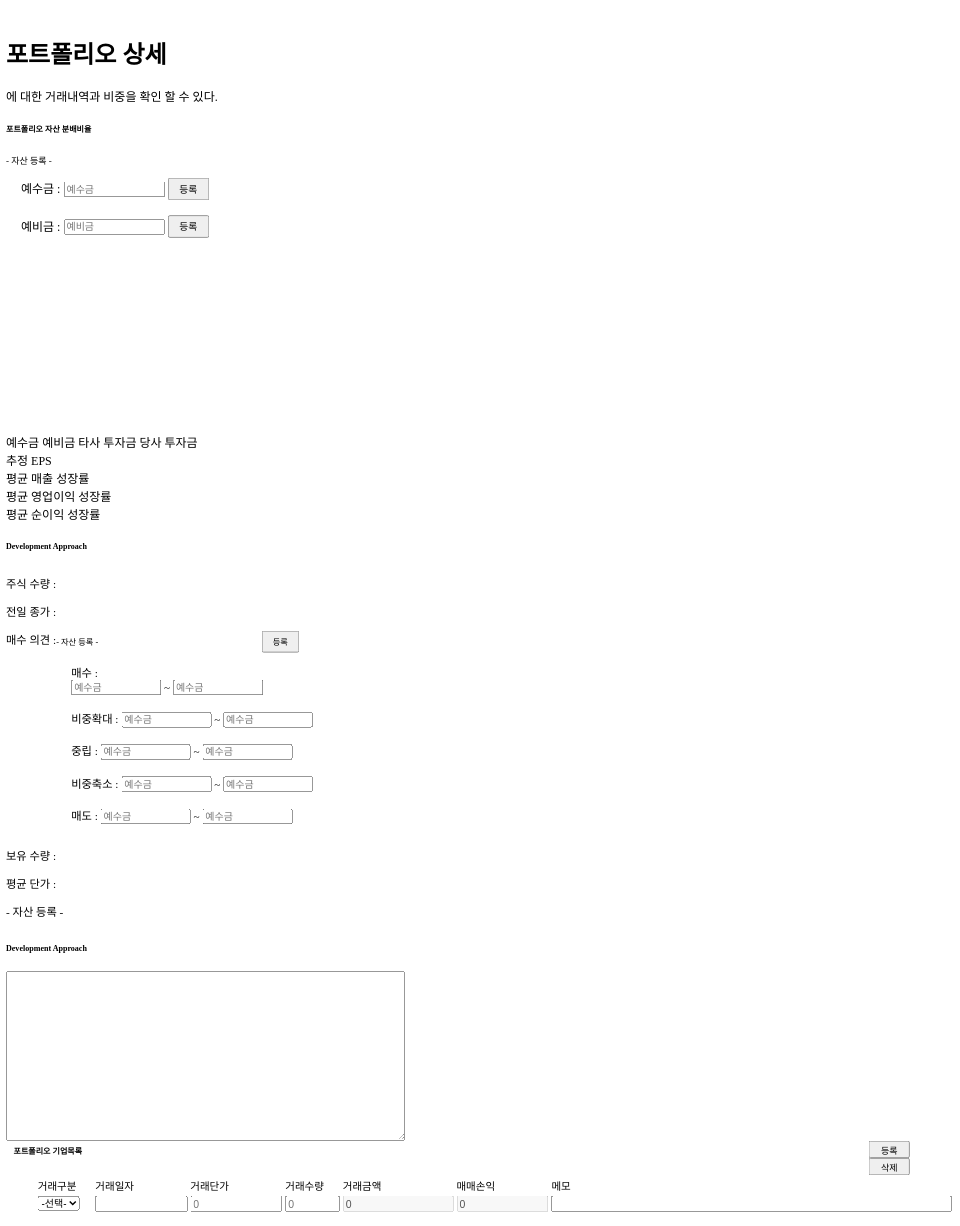
Repository: bangProgram/PJT_Finance
Page: http://localhost/Finance/WEB-INF/views/portfolio/portfolioDetail.jsp
The author's editor kept a copy of each file at every save. The page is drawn from the files as they stood at one save, then again after the next save.
The browser window is 1280 px wide. The pictures show the whole page, at 75% of full size.
The page is served by Tomcat 9. Nobody is signed in. Other server files are loaded and not shown. The template is opened directly, without the code that normally fills it, so the values that code supplies are empty.

Above is the page before, as saved 2022-11-17 06:54:02.

### Finance/src/main/webapp/WEB-INF/views/portfolio/portfolioDetail.jsp
<%@ page pageEncoding="UTF-8" contentType="text/html;charset=utf-8"%>
<%@ taglib prefix="fmt" uri="http://java.sun.com/jsp/jstl/fmt"%>
<%@ taglib uri="http://java.sun.com/jsp/jstl/core" prefix="c"%>
<script src="https://code.jquery.com/jquery-3.4.1.min.js"></script>﻿
<script type="text/javascript">
	var toggleChk = true;
	$(document).ready(function(){
		$("#gubn").change(function(){
			if(this.value == "0101"){
				$("#inputTr").css("background-color","#ffc4c4");
			}else if(this.value == "0102"){
				$("#inputTr").css("background-color","#cad8ff");
			}else{
				$("#inputTr").css("background-color","");
			}

		});


	});

	function portDetailSave(mode){
		var frm = document.searchForm;
		var gubn = $("#gubn").val();

		$("#mode").val(mode);

		if(gubn == "0101"){
			var TRADE_QUANTITY = $("#TRADE_QUANTITY").val();
			var TRADE_AMOUNT = $("#TRADE_AMOUNT").val();
			$("#BUY_QUANTITY").val(TRADE_QUANTITY);
			$("#BUY_AMOUNT").val(TRADE_AMOUNT);

		}else{
			var TRADE_QUANTITY = $("#TRADE_QUANTITY").val();
			var TRADE_AMOUNT = $("#TRADE_AMOUNT").val();
			$("#SELL_QUANTITY").val(TRADE_QUANTITY);
			$("#SELL_AMOUNT").val(TRADE_AMOUNT);

		}

		$("#TRADE_AMOUNT").attr("disabled",false);
		$("#RETURN_AMOUNT").attr("disabled",false);
		frm.action = "/portfolio/detail/cud";
		frm.submit();
	}

	function calTradeAmount(){
		var gubn = $("#gubn").val();
		if(gubn != "" && gubn != null){
			var TRADE_PRICE = $("#TRADE_PRICE").val();
			var TRADE_QUANTITY = $("#TRADE_QUANTITY").val();

			var calValue = TRADE_PRICE * TRADE_QUANTITY
			$("#TRADE_AMOUNT").val(calValue);


			if(gubn == "0102"){
				var calReturn = (TRADE_PRICE - AVR_PRICE) * TRADE_QUANTITY
				$("#RETURN_AMOUNT").val(calReturn);
			}
		}else{
			alert("거래구분 먼저 선택해주세요");
			return;
		}
	}

</script>

<style>
@keyframes add {
	from{background : lightgreen;}
	to{background : transparent;}
}

@keyframes del {
	from{background : indianred;}
	to{background : transparent;}
}

@keyframes search {
	from{background : lightsteelblue;}
	to{background : transparent;}
}

.clearfix {*zoom:1;}
.clearfix:before, .clearfix:after {display:block; content: ''; line-height: 0;}
.clearfix:after {clear: both;}

</style>
<html>
<head>
<title>사업장 목록</title>
</head>
<body>

<div class="container-fluid">

	<!-- Page Heading -->
	<h1 class="h3 mb-2 text-gray-800"><c:out value="${resultData.CORP_NAME }"/> 포트폴리오 상세</h1>
	<p class="mb-4"><c:out value="${resultData.CORP_NAME }"/> 에 대한 거래내역과 비중을 확인 할 수 있다.
		<span id=""></span>
	</p>


	<div class="row">
                        <!-- Pie Chart -->
		<div class="col-xl-4 col-lg-5">
			<div class="card shadow mb-4" id="cardDiv">
		        <!-- Card Header - Dropdown -->
		        <div class="card-header py-3 d-flex flex-row align-items-center justify-content-between">
		            <h6 class="m-0 font-weight-bold text-primary">포트폴리오 자산 분배비율</h6>
		            <div class="dropdown no-arrow">
		                <a class="dropdown-toggle" href="#" role="button" id="dropdownMenuLink" data-toggle="dropdown" aria-haspopup="true" aria-expanded="false">
		                    <i class="fas fa-ellipsis-v fa-sm fa-fw text-gray-400"></i>
		                </a>
		                <div class="dropdown-menu dropdown-menu-right shadow animated--fade-in" aria-labelledby="dropdownMenuLink">
		                    <div class="dropdown-header" style="font-size: 12px;">- 자산 등록 -</div>
		                    <div class="dropdown-divider"></div>
		                    <div style="padding: 5px 10px 5px 10px;">
			                    <div class="dropdown-item" style="padding: 10px 10px 10px 10px;">
				                    예수금 : <input type="text" name="DEPOSIT_AMOUNT" id="DEPOSIT_AMOUNT" style="width : 135px;" value="${getPortfolio.DEPOSIT_AMOUNT }"  title="예수금" placeholder="예수금">
				                    <button class="btn btn-outline-primary" style="height: 30px; font-size: 13px; width: 55px;" id="btn_DEPOSIT_AMOUNT" onclick="regAsset('deposit'); return false;">
				                    	<c:if test="${getPortfolio.DEPOSIT_AMOUNT != null }">수정</c:if>
				                    	<c:if test="${getPortfolio.DEPOSIT_AMOUNT == null }">등록</c:if>
				                    </button>
			                    </div>
			                    <div class="dropdown-divider"></div>
			                    <div class="dropdown-item" style="padding: 10px 10px 10px 10px;">
				                    예비금 : <input type="text" name="RESERVE_AMOUNT" id="RESERVE_AMOUNT" style="width : 135px;" value="${getPortfolio.RESERVE_AMOUNT }"  title="예비금" placeholder="예비금">
				                    <button class="btn btn-outline-primary" style="height: 30px; font-size: 13px; width: 55px;" id="btn_RESERVE_AMOUNT" onclick="regAsset('reserve'); return false;">
				                    	<c:if test="${getPortfolio.RESERVE_AMOUNT != null }">수정</c:if>
				                    	<c:if test="${getPortfolio.RESERVE_AMOUNT == null }">등록</c:if>
				                    </button>
			                    </div>
		                    </div>
		                </div>
		            </div>
		        </div>
		        <!-- Card Body -->
		        <div class="card-body">
		            <div class="chart-pie pt-4 pb-2"><div class="chartjs-size-monitor"><div class="chartjs-size-monitor-expand"><div class=""></div></div><div class="chartjs-size-monitor-shrink"><div class=""></div></div></div>
		                <canvas id="myPieChart" width="470" height="245" style="display: block; width: 470px; height: 245px;" class="chartjs-render-monitor"></canvas>
		            </div>
		            <div class="mt-4 text-center small">
		                <span class="mr-2">
		                    <i class="fas fa-circle text-info"></i> 예수금
		                </span>
		                <span class="mr-2">
		                    <i class="fas fa-circle text-warning"></i> 예비금
		                </span>
		                <span class="mr-2">
		                    <i class="fas fa-circle text-secondary"></i> 타사 투자금
		                </span>
		                <span class="mr-2">
		                    <i class="fas fa-circle text-success"></i> 당사 투자금
		                </span>
		            </div>
		        </div>
		    </div>
		</div>

		<!-- Area Chart -->
	    <div class="" style="width: 180px;">
	        <div class="card shadow mb-4">
				<div class="card border-left-primary shadow h-100 py-2">
	            	<div class="card-body">
	                	<div class="row no-gutters align-items-center">
	                    	<div class="col mr-2">
	                        	<div class="text-xs font-weight-bold text-primary text-uppercase mb-1">
	                              추정 EPS</div>
								<div class="h5 mb-0 font-weight-bold text-gray-800"><c:out value=" ${resultData.ESTIMATE_EPS}"/></div>
	                      	</div>
	                  	</div>
	              	</div>
	          	</div>
	          	<div class="card border-left-info shadow h-100 py-2">
	              	<div class="card-body">
	                  	<div class="row no-gutters align-items-center">
	                      	<div class="col mr-2">
	                          	<div class="text-xs font-weight-bold text-info text-uppercase mb-1">
	                              	평균 매출 성장률</div>
	                          	<div class="h5 mb-0 font-weight-bold text-gray-800"><c:out value=" ${resultData.AVG_REVENUE_GROWTH}"/></div>
	                      	</div>
	                  	</div>
	              	</div>
	          	</div>
	        	<div class="card border-left-info shadow h-100 py-2">
	              	<div class="card-body">
	                  	<div class="row no-gutters align-items-center">
	                      	<div class="col mr-2">
	                          	<div class="text-xs font-weight-bold text-info text-uppercase mb-1">
	                              	평균 영업이익 성장률</div>
	                          	<div class="h5 mb-0 font-weight-bold text-gray-800"><c:out value=" ${resultData.AVG_OPERAT_GROWTH}"/></div>
	                      	</div>
	                  	</div>
	              	</div>
	          	</div>
	          	<div class="card border-left-info shadow h-100 py-2">
	              	<div class="card-body">
	                  	<div class="row no-gutters align-items-center">
	                      	<div class="col mr-2">
	                          	<div class="text-xs font-weight-bold text-info text-uppercase mb-1">
	                              	평균 순이익 성장률</div>
	                          	<div class="h5 mb-0 font-weight-bold text-gray-800"><c:out value=" ${resultData.AVG_PROFIT_GROWTH}"/></div>
	                      	</div>
	                  	</div>
	              	</div>
	          	</div>
	        </div>
		</div>
		<!-- MEMO Area -->
	    <div class="col-xl-2 col-lg-5">
			<div class="card shadow mb-4">
				<div class="card-header py-3">
					<h6 class="m-0 font-weight-bold text-primary">Development Approach</h6>
				</div>
				<div class="card-body">
					<div class="dropdown-header" style="font-size: 15px; padding: 8px 0px 8px 0px;">
                    	주식 수량 :  <span style="color: black;"><c:out value="${resultData.SHARES_AMOUNT}"/></span>
                    </div>
                    <div class="dropdown-divider"></div>
                    <div class="dropdown-header" style="font-size: 15px; padding: 8px 0px 8px 0px;">
                    	전일 종가 : <span style="color: black;"><c:out value="${resultData.BEF_CLS_PRICE}"/></span>
                    </div>
                    <div class="dropdown-divider"></div>
                    <div class="dropdown-header" style="font-size: 15px; padding: 8px 0px 8px 0px; display: -webkit-inline-box;">
                    	매수 의견 : <span style="color: black;"><c:out value="${resultData.INVEST_OPINION}"/></span>
                    	<div class="dropdown no-arrow" style="right: -65px;">
			                <a class="dropdown-toggle" href="#" role="button" id="dropdownMenuLink" data-toggle="dropdown" aria-haspopup="true" aria-expanded="false">
			                    <i class="fas fa-ellipsis-v fa-sm fa-fw text-gray-400"></i>
			                </a>
			                <div class="dropdown-menu dropdown-menu-right shadow animated--fade-in" aria-labelledby="dropdownMenuLink">
			                    <div class="dropdown-header" style="font-size: 11px;">
			                    	- 자산 등록 -
			                    	<button class="btn btn-outline-primary" style="height: 29px; font-size: 11px; width: 50px; margin-left: 215px;" id="btn_DEPOSIT_AMOUNT" onclick="regAsset('deposit'); return false;">
					                    	등록
					                </button>
			                    </div>
			                    <div class="dropdown-divider"></div>
			                    <div style="padding: 5px 10px 5px 10px;">
				                    <div class="dropdown-item clearfix" style="padding: 10px 10px 10px 10px;">
					                    <div>매수 :</div>
					                    <div>
					                    <input type="text" name="DEPOSIT_AMOUNT" id="DEPOSIT_AMOUNT" style="width : 120px;" value="" title="예수금" placeholder="예수금"> ~
					                    <input type="text" name="DEPOSIT_AMOUNT" id="DEPOSIT_AMOUNT" style="width : 120px;" value="" title="예수금" placeholder="예수금">
					                    </div>
				                    </div>
				                    <div class="dropdown-divider"></div>
				                    <div class="dropdown-item" style="padding: 10px 10px 10px 10px;">
					                    비중확대 :
					                    <input type="text" name="DEPOSIT_AMOUNT" id="DEPOSIT_AMOUNT" style="width : 120px;" value="" title="예수금" placeholder="예수금"> ~
					                    <input type="text" name="DEPOSIT_AMOUNT" id="DEPOSIT_AMOUNT" style="width : 120px;" value="" title="예수금" placeholder="예수금">
				                    </div>
				                    <div class="dropdown-divider"></div>
				                    <div class="dropdown-item" style="padding: 10px 10px 10px 10px;">
					                    중립 :
					                    <input type="text" name="DEPOSIT_AMOUNT" id="DEPOSIT_AMOUNT" style="width : 120px;" value="" title="예수금" placeholder="예수금"> ~
					                    <input type="text" name="DEPOSIT_AMOUNT" id="DEPOSIT_AMOUNT" style="width : 120px;" value="" title="예수금" placeholder="예수금">
				                    </div>
				                    <div class="dropdown-divider"></div>
				                    <div class="dropdown-item" style="padding: 10px 10px 10px 10px;">
					                    비중축소 :
					                    <input type="text" name="DEPOSIT_AMOUNT" id="DEPOSIT_AMOUNT" style="width : 120px;" value="" title="예수금" placeholder="예수금"> ~
					                    <input type="text" name="DEPOSIT_AMOUNT" id="DEPOSIT_AMOUNT" style="width : 120px;" value="" title="예수금" placeholder="예수금">
				                    </div>
				                    <div class="dropdown-divider"></div>
				                    <div class="dropdown-item" style="padding: 10px 10px 10px 10px;">
					                    매도 :
					                    <input type="text" name="DEPOSIT_AMOUNT" id="DEPOSIT_AMOUNT" style="width : 120px;" value="" title="예수금" placeholder="예수금"> ~
					                    <input type="text" name="DEPOSIT_AMOUNT" id="DEPOSIT_AMOUNT" style="width : 120px;" value="" title="예수금" placeholder="예수금">
				                    </div>
				                    <div class="dropdown-divider"></div>
			                    </div>
			                </div>
		            	</div>
                    </div>
                    <div class="dropdown-divider"></div>
                    <div class="dropdown-header" style="font-size: 15px; padding: 8px 0px 8px 0px;">
                    	보유 수량 : <span style="color: black;"><c:out value="${resultData.HOLD_QUANTITY}"/></span>
                    </div>
                    <div class="dropdown-divider"></div>
                    <div class="dropdown-header" style="font-size: 15px; padding: 8px 0px 8px 0px;">
                    	평균 단가 : <span style="color: black;"><c:out value="${resultData.AVR_PRICE}"/></span>
                    </div>
                    <div class="dropdown-divider"></div>
                    <div class="dropdown-header" style="font-size: 15px; padding: 8px 0px 8px 0px;">
                    	- 자산 등록 -
                    </div>
				</div>
			</div>
		</div>
		<!-- MEMO Area -->
	    <div class="col-xl-4 col-lg-5">
			<div class="card shadow mb-4">
				<div class="card-header py-3">
					<h6 class="m-0 font-weight-bold text-primary">Development Approach</h6>
				</div>
				<div class="card-body">
					<textarea  rows="20" cols="85" style="    font-size: 10px;"><c:out value="${resultData.MEMO }"/></textarea>
				</div>
			</div>
		</div>
	</div>

	<form name="searchForm" method="post">
		<div class="container-fluid">
			<input type="hidden" name="mode" id="mode" value="" title="수정 FLAG">
			<input type="hidden" name="CORP_CODE" id="CORP_CODE" value="<c:out value='${resultData.CORP_CODE }'/>" title="현재보고있는 기업 코드">
			<input type="hidden" name="AVR_PRICE" id="AVR_PRICE" value="<c:out value='${resultData.AVR_PRICE}'/>" title="현재보고있는 기업 평균단가"/>
			<input type="hidden" name="HOLD_QUANTITY" id="HOLD_QUANTITY" value="<c:out value='${resultData.HOLD_QUANTITY }'/>" title="현재보고있는 기업 보유 수량">

			<input type="hidden" name="SEQs" id="SEQs" value="" title="삭제대상 상세 SEQ(복수)">

		</div>

	<!-- DataTales Example -->
	    <div class="card shadow mb-4">
	        <div class="card-header py-3" id="dataTables" style="display: table;">
	            <h6 class="m-0 font-weight-bold text-primary" style="display: table-cell; width: 91%; padding-left: 10px;">포트폴리오 기업목록</h6>
	            <div >
					<button class="dt-button buttons-excel buttons-html5 btn btn-outline-primary excelBtn" style="width: 55px; font-size: 12px;" tabindex="0" aria-controls="portCorpList" type="submit" onclick="portDetailSave('add'); return false;">
						<span>등록</span>
					</button>
					<button class="dt-button buttons-excel buttons-html5 btn btn-outline-primary excelBtn" style="width: 55px; font-size: 12px;" tabindex="0" aria-controls="portCorpList" type="submit" onclick="portDetailSave('del'); return false;">
						<span>삭제</span>
					</button>
				</div>
	        </div>
	        <div class="card-body">
	            <div class="table-responsive" >
	                <table id="portCorpList" class="table table-bordered" id="dataTable"  style="font-size: 14px; width:100%" >
	                	<colgroup>
	                		<col width="3%"/>
	                		<col width="6%"/>
	                		<col width="10%"/>
	                		<col width="10%"/>
	                		<col width="6%"/>
	                		<col width="12%"/>
	                		<col width="10%"/>
	                		<col width="43%"/>
	                	</colgroup>
	                    <thead id="tableHead">
				            <tr>
				            	<td></td>
				            	<td>거래구분</td>
								<td>거래일자</td>
								<td>거래단가</td>
								<td>거래수량</td>
								<td>거래금액</td>
								<td>매매손익</td>
								<td>메모</td>
							</tr>
				        </thead>
				        <tbody id="bodyList">
							<c:forEach items="${resultList}" var="ls" >
								<c:if test="${ls.GUBN == '0101'}"><tr style="background-color: #ffc4c4;"></c:if>
								<c:if test="${ls.GUBN == '0102'}"><tr style="background-color: #cad8ff;"></c:if>
									<td><input type="checkbox" name="del" value="${ls.SEQ}" title="포트폴리오 상세 SEQ"/></td>
									<td><c:out value="${ls.GUBN_NM}"/></td>
									<td><c:out value="${ls.TRADE_DATE}"/></td>
									<td><c:out value="${ls.TRADE_PRICE}"/></td>
									<td>
										<c:if test="${ls.GUBN == '0101'}"><c:out value="${ls.BUY_QUANTITY}"/></c:if>
										<c:if test="${ls.GUBN == '0102'}"><c:out value="${ls.SELL_QUANTITY}"/></c:if>
									</td>
									<td>
										<c:if test="${ls.GUBN == '0101'}"><c:out value="${ls.BUY_AMOUNT}"/></c:if>
										<c:if test="${ls.GUBN == '0102'}"><c:out value="${ls.SELL_AMOUNT}"/></c:if>
									</td>
									<td><c:out value="${ls.RETURN_AMOUNT}"/></td>
									<td><c:out value="${ls.MEMO}"/></td>
								</tr>
							</c:forEach>
							<tr id="inputTr">
								<td></td>
								<td>
									<select name="gubn" id="gubn" title="포트폴리오 상세 구분">
										<option value="">-선택-</option>
										<option value="0101">매수</option>
										<option value="0102">매도</option>
									</select>
								</td>
							    <td><input type="text" name="TRADE_DATE" id="TRADE_DATE" value="${curDate}" title="포트폴리오 거래일자" style="font-size: 14px; width:100%" /></td>
							    <td>
							    	<input type="text" name="TRADE_PRICE" onchange="calTradeAmount(); return false;" id="TRADE_PRICE" value="" placeholder="0" title="포트폴리오 거래단가" style="font-size: 14px; width:100%" />
							    </td>
								<td>
									<input type="text" name="TRADE_QUANTITY" onchange="calTradeAmount(); return false;" id="TRADE_QUANTITY" value="" placeholder="0" title="포트폴리오 거래수량" style="font-size: 14px; width:100%" />
									<input type="hidden" name="BUY_QUANTITY" id="BUY_QUANTITY" value="" title="매수 거래수량"/>
									<input type="hidden" name="SELL_QUANTITY" id="SELL_QUANTITY" value="" title="매도 거래수량"/>
								</td>
								<td>
									<input type="text" name="TRADE_AMOUNT" id="TRADE_AMOUNT" value="0" title="포트폴리오 거래금액" disabled="disabled" style="font-size: 14px; width:100%"/>
									<input type="hidden" name="BUY_AMOUNT" id="BUY_AMOUNT" value="" title="매수 거래금액"/>
									<input type="hidden" name="SELL_AMOUNT" id="SELL_AMOUNT" value="" title="매도 거래금액"/>
								</td>
								<td><input type="text" name="RETURN_AMOUNT" id="RETURN_AMOUNT" value="0" title="포트폴리오 매매손익" disabled="disabled" style="font-size: 14px; width:100%"/></td>
								<td><input type="text" name="MEMO" id="MEMO" value="" title="포트폴리오 거래 사유" style="font-size: 14px; width:100%"/></td>
							</tr>
				        </tbody>
	                </table>
	            </div>
	        </div>
	    </div>
	</form>
</div>

</body>
</html>

After the next save:
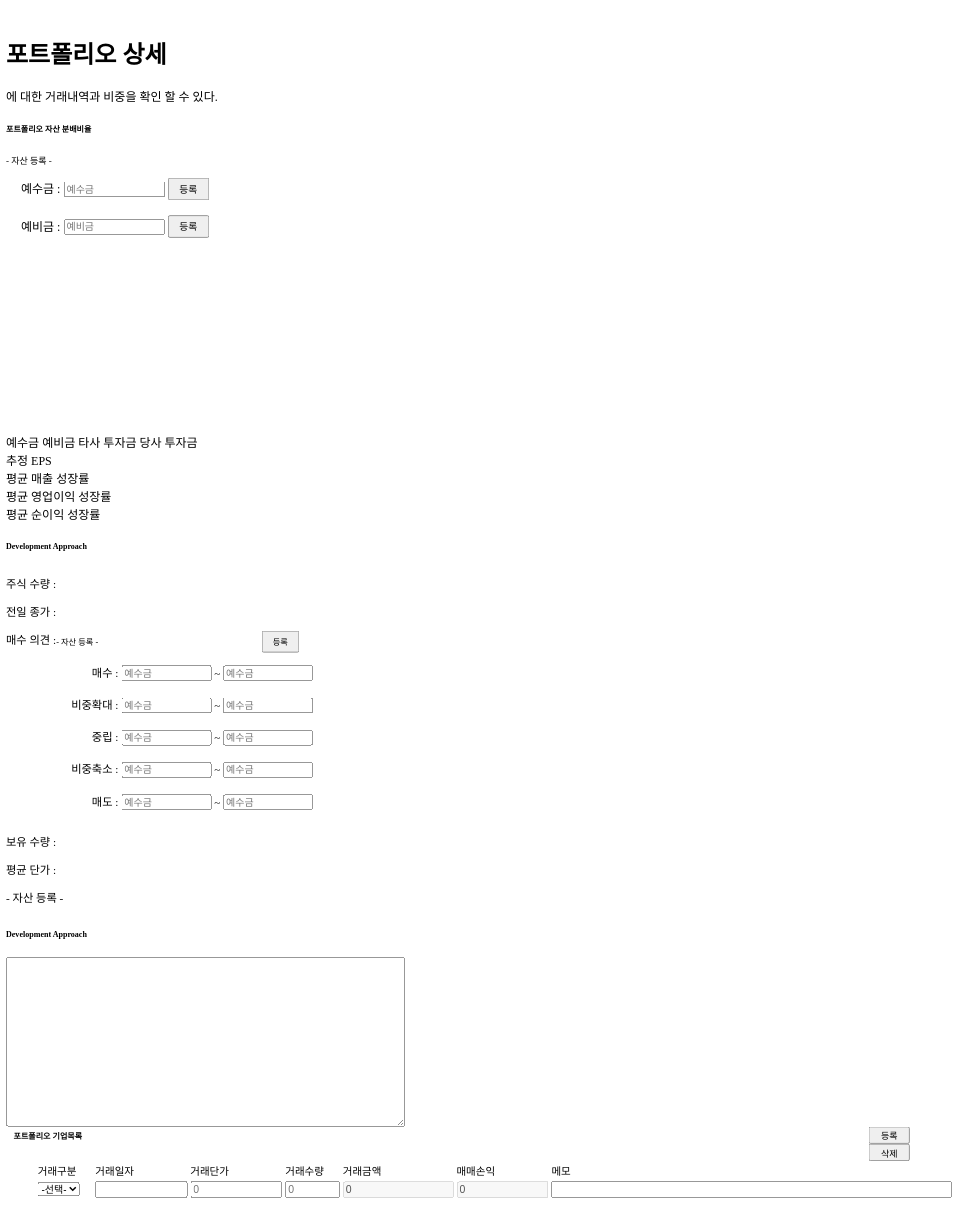
Saved 4 min 46 s later.
--- a/Finance/src/main/webapp/WEB-INF/views/portfolio/portfolioDetail.jsp
+++ b/Finance/src/main/webapp/WEB-INF/views/portfolio/portfolioDetail.jsp
@@ -239,33 +239,31 @@
 			                    </div>
 			                    <div class="dropdown-divider"></div>
 			                    <div style="padding: 5px 10px 5px 10px;">
-				                    <div class="dropdown-item clearfix" style="padding: 10px 10px 10px 10px;">
-					                    <div>매수 :</div>
-					                    <div>
+				                    <div class="dropdown-item" style="padding: 10px 10px 10px 10px; text-align: right;">
+					                    매수 :
 					                    <input type="text" name="DEPOSIT_AMOUNT" id="DEPOSIT_AMOUNT" style="width : 120px;" value="" title="예수금" placeholder="예수금"> ~
 					                    <input type="text" name="DEPOSIT_AMOUNT" id="DEPOSIT_AMOUNT" style="width : 120px;" value="" title="예수금" placeholder="예수금">
-					                    </div>
 				                    </div>
 				                    <div class="dropdown-divider"></div>
-				                    <div class="dropdown-item" style="padding: 10px 10px 10px 10px;">
+				                    <div class="dropdown-item" style="padding: 10px 10px 10px 10px;  text-align: right;">
 					                    비중확대 :
 					                    <input type="text" name="DEPOSIT_AMOUNT" id="DEPOSIT_AMOUNT" style="width : 120px;" value="" title="예수금" placeholder="예수금"> ~
 					                    <input type="text" name="DEPOSIT_AMOUNT" id="DEPOSIT_AMOUNT" style="width : 120px;" value="" title="예수금" placeholder="예수금">
 				                    </div>
 				                    <div class="dropdown-divider"></div>
-				                    <div class="dropdown-item" style="padding: 10px 10px 10px 10px;">
+				                    <div class="dropdown-item" style="padding: 10px 10px 10px 10px;  text-align: right;">
 					                    중립 :
 					                    <input type="text" name="DEPOSIT_AMOUNT" id="DEPOSIT_AMOUNT" style="width : 120px;" value="" title="예수금" placeholder="예수금"> ~
 					                    <input type="text" name="DEPOSIT_AMOUNT" id="DEPOSIT_AMOUNT" style="width : 120px;" value="" title="예수금" placeholder="예수금">
 				                    </div>
 				                    <div class="dropdown-divider"></div>
-				                    <div class="dropdown-item" style="padding: 10px 10px 10px 10px;">
+				                    <div class="dropdown-item" style="padding: 10px 10px 10px 10px;  text-align: right;">
 					                    비중축소 :
 					                    <input type="text" name="DEPOSIT_AMOUNT" id="DEPOSIT_AMOUNT" style="width : 120px;" value="" title="예수금" placeholder="예수금"> ~
 					                    <input type="text" name="DEPOSIT_AMOUNT" id="DEPOSIT_AMOUNT" style="width : 120px;" value="" title="예수금" placeholder="예수금">
 				                    </div>
 				                    <div class="dropdown-divider"></div>
-				                    <div class="dropdown-item" style="padding: 10px 10px 10px 10px;">
+				                    <div class="dropdown-item" style="padding: 10px 10px 10px 10px;  text-align: right;">
 					                    매도 :
 					                    <input type="text" name="DEPOSIT_AMOUNT" id="DEPOSIT_AMOUNT" style="width : 120px;" value="" title="예수금" placeholder="예수금"> ~
 					                    <input type="text" name="DEPOSIT_AMOUNT" id="DEPOSIT_AMOUNT" style="width : 120px;" value="" title="예수금" placeholder="예수금">
